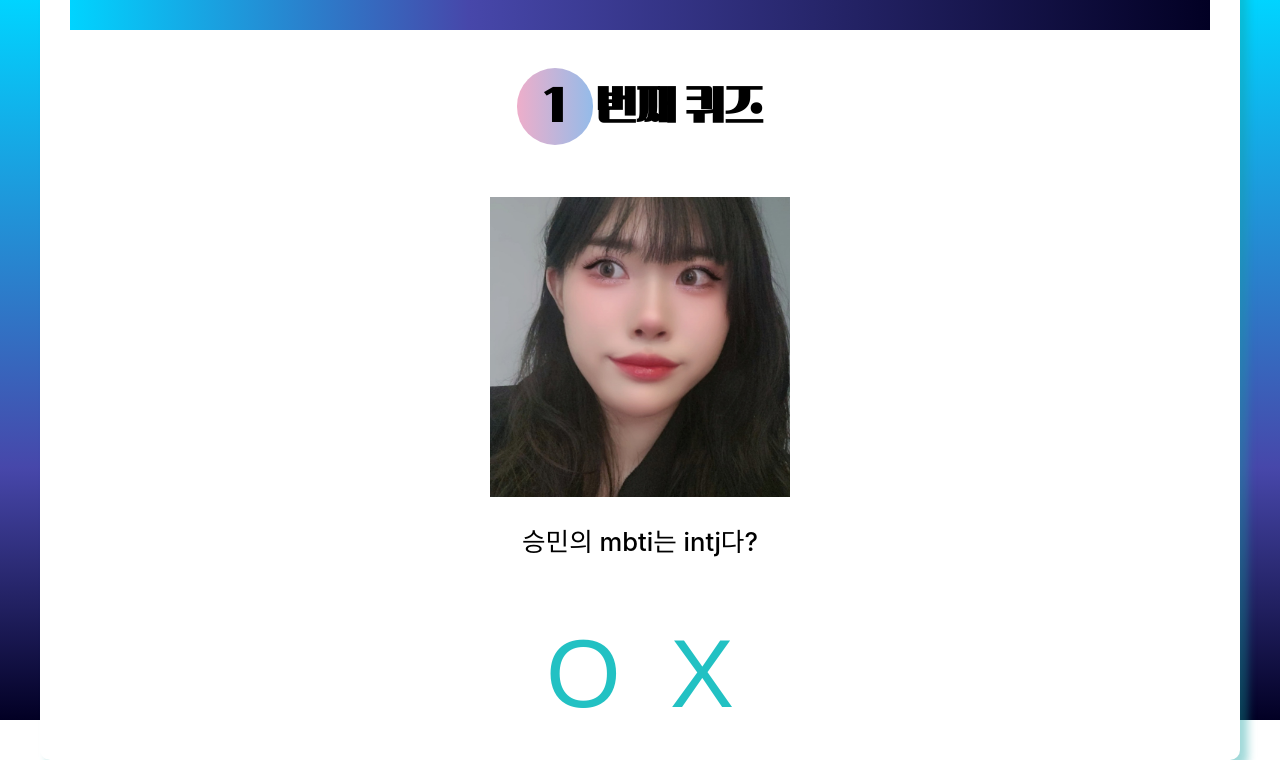
Repository: dnjfht/quiz3
Page: /quiz
An editor plug-in stored every save of this project. The page is shown before and after the next save, followed by the edit.
The browser window is 1280 px wide. The pictures show the whole page.
The project was rebuilt for these pictures with package versions that can differ from the ones it lists, and the page was loaded fresh each time. Also part of the build but not shown: src/components/Start.js, src/components/Score.js, src/components/Message.js, src/components/Ranking.js, src/components/NotPage.js.

Above is the page before, as saved 2023-04-15 23:18:14.

### src/index.js
import React from "react";
import ReactDOM from "react-dom/client";
import "./index.css";
import App from "./App";
import reportWebVitals from "./reportWebVitals";
import { BrowserRouter } from "react-router-dom";
import { Provider } from "react-redux";
import store from "./redux/config/configStore";

const root = ReactDOM.createRoot(document.getElementById("root"));
root.render(
  <Provider store={store}>
    <BrowserRouter>
      <App />
    </BrowserRouter>
  </Provider>
);

// If you want to start measuring performance in your app, pass a function
// to log results (for example: reportWebVitals(console.log))
// or send to an analytics endpoint. Learn more: https://bit.ly/CRA-vitals
reportWebVitals();

### src/index.css
body {
  margin: 0;
  font-family: -apple-system, BlinkMacSystemFont, "Segoe UI", "Roboto", "Oxygen",
    "Ubuntu", "Cantarell", "Fira Sans", "Droid Sans", "Helvetica Neue",
    sans-serif;
  -webkit-font-smoothing: antialiased;
  -moz-osx-font-smoothing: grayscale;
}

code {
  font-family: source-code-pro, Menlo, Monaco, Consolas, "Courier New",
    monospace;
}

@font-face {
  font-family: "ddalgifont";
  src: url("./fonts/고령딸기체+TTF.ttf");
}

@font-face {
  font-family: "chabfont";
  src: url("./fonts/chab.ttf");
}

@font-face {
  font-family: "ddagfont";
  src: url("./fonts/ddag.ttf");
}

### src/App.js
import styled from "styled-components";
import Router from "./shared/Router";

const Wrap = styled.div`
  width: 100%;
  height: 100vh;
  background: rgb(2, 0, 36);
  background: linear-gradient(
    0deg,
    rgba(2, 0, 36, 1) 0%,
    rgba(71, 71, 170, 1) 35%,
    rgba(0, 212, 255, 1) 100%
  );

  position: relative;
`;

const ContentWrap = styled.div`
  width: 1200px;
  height: 800px;
  padding: 30px;
  box-sizing: border-box;
  background-color: white;
  border-radius: 10px;
  box-shadow: 8px 8px 8px rgba(21, 159, 161, 0.4);

  position: absolute;
  top: 50%;
  margin-top: -400px;
  left: 50%;
  margin-left: -600px;
`;

function App() {
  return (
    <Wrap>
      <ContentWrap>
        <Router />
      </ContentWrap>
    </Wrap>
  );
}

export default App;

### src/redux/config/configStore.js
import { combineReducers, createStore, applyMiddleware } from "redux";
import thunk from "redux-thunk";
import quiz from "../modules/quiz";
import rank from "../modules/rank";

const middlewares = [thunk];
// 미들웨어들도 하나로 묶어줘야 힘.

const rootReducer = combineReducers({
  quiz: quiz,
  rank: rank,
});

const enhancer = applyMiddleware(...middlewares);
// reducer 말고 옵셔널하게 추가하는 애들의 모음.
// 여기 미들웨어를 적용해 넣을 거임.

const store = createStore(rootReducer, enhancer);
export default store;

### src/shared/Router.js
import React from "react";
import { Routes, Route } from "react-router-dom";
import Start from "../components/Start";
import Quiz from "../components/Quiz";
import Score from "../components/Score";
import Message from "../components/Message";
import Ranking from "../components/Ranking";
import NotPage from "../components/NotPage";

export default function Router() {
  return (
    <>
      <Routes>
        <Route path="/" element={<Start />} />
        <Route path="/quiz" element={<Quiz />} />
        <Route path="/score" element={<Score />} />
        <Route path="/message" element={<Message />} />
        <Route path="/ranking" element={<Ranking />} />
        <Route path="*" element={<NotPage />} />
      </Routes>
    </>
  );
}

### src/redux/modules/quiz.js
// action value
const ADDUSERANSWER = "add_user_answer";
const RESETUSERANSWER = "reset_user_answer";

// action creator

export const AddUserAnswer = (payload) => {
  return {
    type: ADDUSERANSWER,
    payload: payload,
  };
};

export const ResetUserAnswer = (payload) => {
  return {
    type: RESETUSERANSWER,
    payload: payload,
  };
};

// initialState
const initialState = {
  name: "유승민",
  quiz_list: [
    {
      image: "assets/1.png",
      quiz: "승민의 mbti는 intj다?",
      answer: false,
    },
    {
      image: "assets/2.png",
      quiz: "승민은 공감을 잘해주는 사람을 좋아한다?",
      answer: true,
    },
    {
      image: "assets/3.png",
      quiz: "승민은 사람들이랑 대화하고 알아가는 것을 즐긴다?",
      answer: true,
    },
    {
      image: "assets/4.png",
      quiz: "승민은 자기개발하는걸 좋아한다?",
      answer: true,
    },
    {
      image: "assets/5.png",
      quiz: "승민의 관심있을 때 하는 행동은 선톡을 하는 것이다?",
      answer: true,
    },
    {
      image: "assets/6.png",
      quiz: "승민은 불같은 연애보다 서로 믿고 의지할 수 있는 연애를 선호한다?",
      answer: true,
    },
    {
      image: "assets/7.png",
      quiz: "승민은 계획을 세우고 차근차근 계획에 옮기는걸 선호한다?",
      answer: true,
    },
    {
      image: "assets/8.png",
      quiz: "승민은 놀이기구 타는 것을 좋아한다?",
      answer: false,
    },
    {
      image: "assets/9.png",
      quiz: "승민은 고1 때부터 흡연을 했다?",
      answer: false,
    },
    {
      image: "assets/10.png",
      quiz: "승민은 소개팅을 나간 적이 있다?",
      answer: false,
    },
    {
      image: "assets/11.png",
      quiz: "승민은 소개팅과 같은 인위적인 만남을 좋아한다?",
      answer: false,
    },
    {
      image: "assets/12.png",
      quiz: "승민은 연인과 갈등이 있을 때 대화로 푸는 것을 선호한다?",
      answer: true,
    },
    {
      image: "assets/13.png",
      quiz: "승민은 연애할 때 항상 상대방의 기분이 우선이다?",
      answer: true,
    },
    {
      image: "assets/14.png",
      quiz: "승민은 좋아하는 사람에게 선물주는 것을 좋아한다?",
      answer: true,
    },
    {
      image: "assets/15.png",
      quiz: "승민은 감수성이 풍부해서 슬픈 영화나 만화를 보고 잘 운다?",
      answer: true,
    },
    {
      image: "assets/16.png",
      quiz: "승민은 본래 무뚝뚝한 성격이다?",
      answer: true,
    },
    {
      image: "assets/17.png",
      quiz: "승민의 노래방 18번곡은 나비무덤이다?",
      answer: false,
    },
    {
      image: "assets/18.png",
      quiz: "승민은 핫플을 돌아다니면서 맛집 탐방을 하고 사진 찍는 데이트를 선호한다?",
      answer: true,
    },
    {
      image: "assets/19.png",
      quiz: "승민은 연애할 때 꽃이나 편지 받는걸 좋아한다?",
      answer: true,
    },
    {
      image: "assets/20.png",
      quiz: "승민은 번호를 따인 적이 있다?",
      answer: false,
    },
  ],
  user_answer: [],
  result_text: {
    40: "나랑 친하지 않은가보군?😑",
    60: "나랑 좀 더 친해져야겠다🙃",
    80: "내적 친밀감 80퍼센트!😎",
    100: "뭐야, 넌 내 소울메이트...!?💖",
  },
};

// reducer

const quiz = (state = initialState, action) => {
  switch (action.type) {
    case ADDUSERANSWER: {
      const newUserAnswer = [...state.user_answer, action.payload];
      return { ...state, user_answer: newUserAnswer };
    }
    case RESETUSERANSWER: {
      return { ...state, user_answer: [] };
    }
    default:
      return state;
  }
};

export default quiz;

### src/redux/modules/rank.js
import { db } from "../../firebase";
import {
  collection,
  getDocs,
  addDoc,
  doc,
  updateDoc,
  deleteDoc,
  getDoc,
} from "firebase/firestore";

// action value
const ADDUSERNAME = "add_user_name";
const GETRANK = "get_rank";
const ADDRANK = "add_rank";

// action creator
export const GetRank = (payload) => {
  return {
    type: GETRANK,
    payload: payload,
  };
};

export const AddUserName = (payload) => {
  return {
    type: ADDUSERNAME,
    payload: payload,
  };
};

export const AddRank = (payload) => {
  return {
    type: ADDRANK,
    payload: payload,
  };
};

export const loadQuizFB = () => {
  return async function (dispatch) {
    const quiz_data = await getDocs(collection(db, "quiz"));
    console.log(quiz_data);

    let quiz_list = [];

    quiz_data.forEach((doc) => {
      console.log(doc.data());
      quiz_list.push({ id: doc.id, ...doc.data() });
    });

    console.log(quiz_list);

    dispatch(GetRank(quiz_list));
  };
};

export const addQuizFB = (payload) => {
  return async function (dispatch) {
    const docRef = await addDoc(collection(db, "quiz"), payload);
    // const _quiz = await getDoc(docRef);
    // const quiz = { id: _quiz.id, ..._quiz.data() };
    // dispatch(AddRank(quiz));

    // 추가한 데이터 중 id를 가져와서 bucket_data 만들기.
    // const bucket_data = { id: docRef.id, ...payload };
    // // 마지막으로 액션 일으키기 (수정해달라고 요청)
    // dispatch(createWidget(bucket_data));
  };
};

// initialState
const initialState = {
  user_name: "",
  rank: [
    // { score: 100, name: "방가방가", comment: "다들 잘생겼다" },
    // { score: 40, name: "이하늘", comment: "너무 어려운데..." },
    // { score: 60, name: "오하요~!", comment: "잘 생긴 사람이 곧 이상형" },
  ],
};

// reducer
const rank = (state = initialState, action) => {
  switch (action.type) {
    case GETRANK: {
      console.log(action.payload);
      return { ...state, rank: action.payload };
    }
    case ADDUSERNAME: {
      return { ...state, user_name: action.payload };
    }
    case ADDRANK: {
      const new_rank_data = [...state.rank, action.payload];
      return { ...state, rank: new_rank_data };
    }
    default:
      return state;
  }
};
export default rank;

### src/components/Quiz.js
import React from "react";
import styled from "styled-components";
import Progress from "./Progress";
import { useSelector, useDispatch } from "react-redux";
import quiz, { AddUserAnswer } from "../redux/modules/quiz";
import { useEffect } from "react";
import { useNavigate } from "react-router-dom";

const Wrap = styled.div`
  width: 100%;
  height: 100%;

  display: flex;
  flex-direction: column;
  justify-content: space-between;
  align-items: center;
`;

const QuizWrap = styled.div`
  width: 100%;
  height: 680px;

  display: flex;
  flex-direction: column;
  align-items: center;
  justify-content: space-between;
`;

const QuizNumber = styled.h1`
  font-size: 2.6rem;
  font-family: "ddagfont";

  & > span {
    margin-right: 4px;
    padding: 10px 26px;
    background: rgb(238, 174, 202);
    background: linear-gradient(
      90deg,
      rgba(238, 174, 202, 1) 0%,
      rgba(148, 187, 233, 1) 100%
    );
    border-radius: 100px;
  }
`;

const QuizImg = styled.img`
  width: 300px;
  height: 300px;
`;

const Question = styled.h3`
  width: 100%;
  margin-top: -10px;

  font-size: 1.6rem;
  text-align: center;
  font-weight: 500;
`;

const AnswerSelector = styled.div`
  width: 200px;

  display: flex;
  flex-direction: row;
  justify-content: space-between;
`;

const AnswerSelectorButton = styled.button`
  background-color: transparent;
  border: none;

  font-size: 6rem;
  color: rgb(34, 193, 195);

  transition: all 0.8s;

  &:hover {
    color: rgb(253, 187, 45);

    cursor: pointer;
  }
`;

export default function Quiz() {
  const dispatch = useDispatch();
  const quiz_list = useSelector((state) => state.quiz.quiz_list);
  console.log(quiz_list);
  const user_answer = useSelector((state) => state.quiz.user_answer);
  console.log(user_answer);

  const navigate = useNavigate();

  useEffect(() => {
    if (quiz_list.length === user_answer.length) {
      navigate("/score");
      return;
    }
  }, [user_answer]);

  if (quiz_list.length === user_answer.length) {
    return null;
  }

  return (
    <Wrap>
      <Progress />
      <QuizWrap>
        <QuizNumber>
          <span>{user_answer.length + 1}</span>번째 퀴즈
        </QuizNumber>

        <QuizImg
          src={
            process.env.PUBLIC_URL + `${quiz_list[user_answer.length].image}`
          }
        />

        <Question>{quiz_list[user_answer.length].quiz}</Question>

        <AnswerSelector>
          <AnswerSelectorButton
            onClick={() => {
              dispatch(AddUserAnswer(true));
            }}
          >
            O
          </AnswerSelectorButton>
          <AnswerSelectorButton
            onClick={() => {
              dispatch(AddUserAnswer(false));
            }}
          >
            X
          </AnswerSelectorButton>
        </AnswerSelector>
      </QuizWrap>
    </Wrap>
  );
}

### src/firebase.js
// Import the functions you need from the SDKs you need
import { initializeApp } from "firebase/app";
import { getFirestore } from "firebase/firestore";
// TODO: Add SDKs for Firebase products that you want to use
// https://firebase.google.com/docs/web/setup#available-libraries

// Your web app's Firebase configuration
// For Firebase JS SDK v7.20.0 and later, measurementId is optional
const firebaseConfig = {
  apiKey: "AIzaSyAQCzx3TeRMhfQ14uI1xPuxKIeyOukr2zs",
  authDomain: "seungmin-s-quiz2.firebaseapp.com",
  projectId: "seungmin-s-quiz2",
  storageBucket: "seungmin-s-quiz2.appspot.com",
  messagingSenderId: "764474150624",
  appId: "1:764474150624:web:e3932df48db64f86c44a85",
  measurementId: "G-NK0EYYQQFF",
};

// Initialize Firebase
const app = initializeApp(firebaseConfig);
export const db = getFirestore(app);

### src/components/Progress.js
import React from "react";
import { useSelector } from "react-redux";
import styled from "styled-components";

const Wrap = styled.div`
  width: 100%;
  height: 40px;
  background: rgb(2, 0, 36);
  background: linear-gradient(
    90deg,
    rgba(0, 212, 255, 1) 0%,
    rgba(71, 71, 170, 1) 35%,
    rgba(2, 0, 36, 1) 100%
  );
`;

const ProgressBar = styled.div`
  width: ${(props) => props.percent};
  height: 100%;
  background: rgb(238, 174, 202);
  background: linear-gradient(
    90deg,
    rgba(238, 174, 202, 1) 0%,
    rgba(148, 187, 233, 1) 100%
  );

  transition: all 0.5s;
`;

export default function Progress() {
  const user_answer = useSelector((state) => state.quiz.user_answer);
  const quiz_list = useSelector((state) => state.quiz.quiz_list);

  const percent = (100 / quiz_list.length) * user_answer.length + "%";
  console.log(percent);

  return (
    <Wrap>
      <ProgressBar percent={percent} />
    </Wrap>
  );
}

Loaded but not shown: public/index.html (common file); src/reportWebVitals.js (common file)

After the next save:
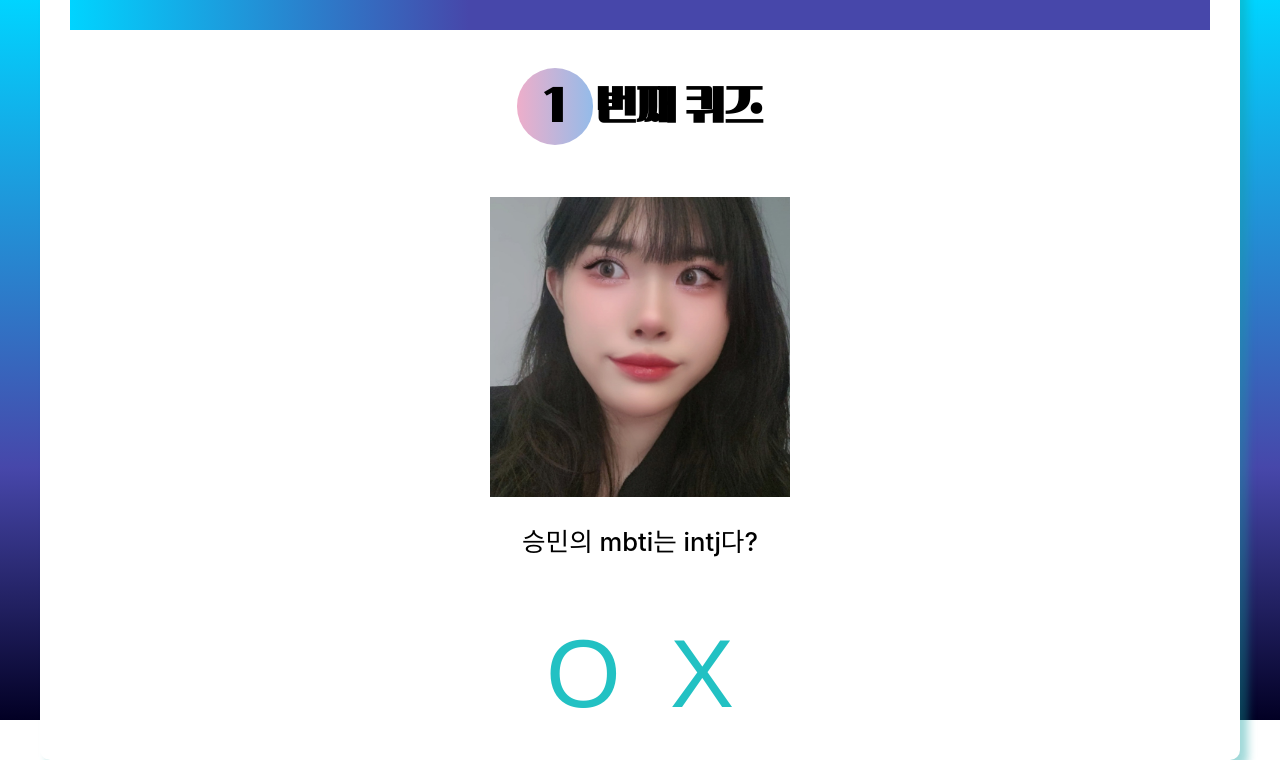
Saved 19 s later.
--- a/src/components/Progress.js
+++ b/src/components/Progress.js
@@ -9,8 +9,7 @@ const Wrap = styled.div`
   background: linear-gradient(
     90deg,
     rgba(0, 212, 255, 1) 0%,
-    rgba(71, 71, 170, 1) 35%,
-    rgba(2, 0, 36, 1) 100%
+    rgba(71, 71, 170, 1) 35%
   );
 `;
 
